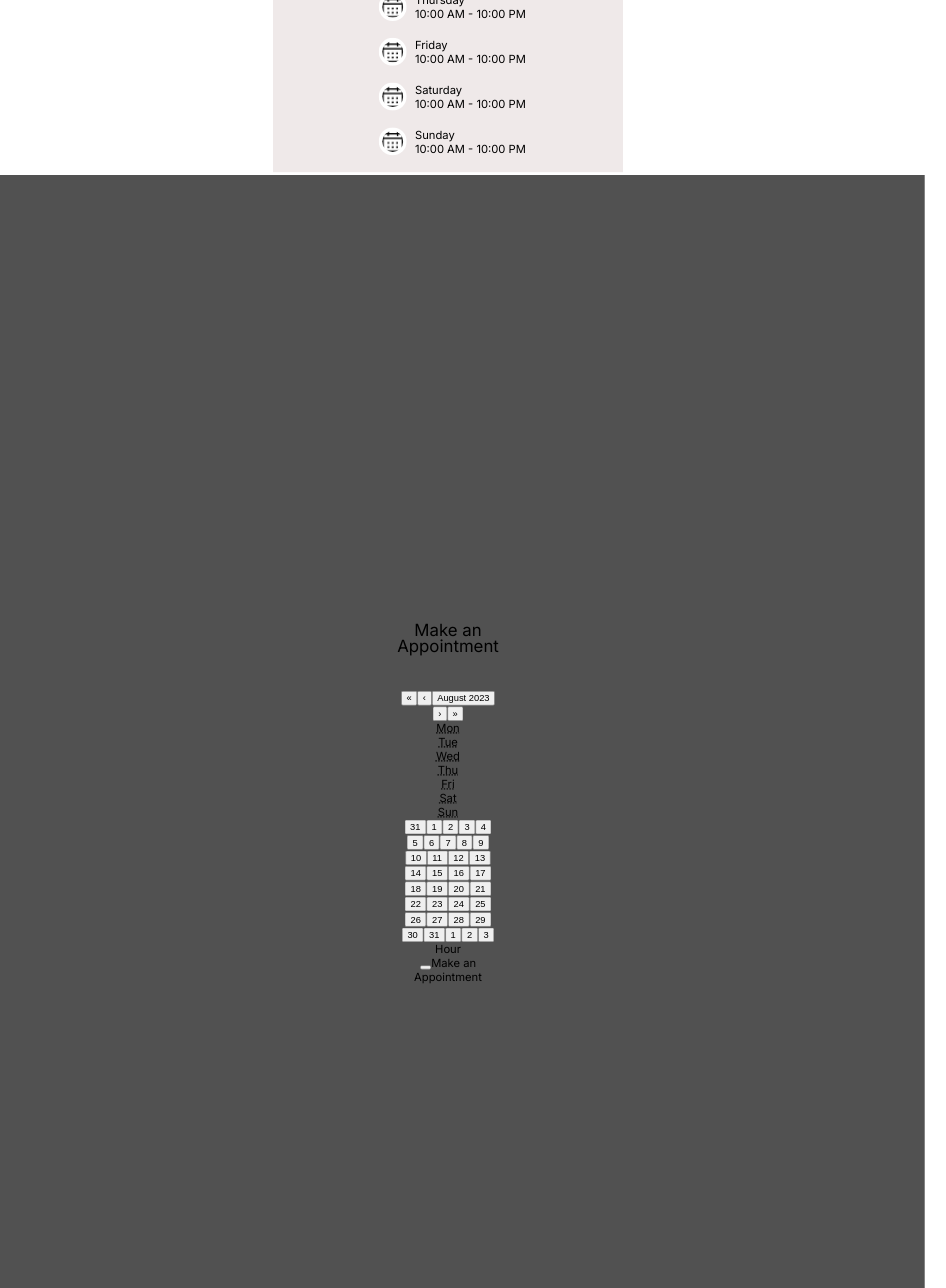
Repository: nikita120402/next13-deploy
Page: /
An editor plug-in stored every save of this project. The page is shown before and after the next save, followed by the edit.
The browser window is 1280 px wide. The page is 1352 px wide, so the pictures cover 1352 px, including what lies to the right of the window. The pictures show the part of the page from y = 2740 to 4580 px (the page is 5118 px tall), at 70% of full size.
The project was rebuilt for these pictures with package versions that can differ from the ones it lists, and the page was loaded fresh each time. The framework's server and built-in components were replaced by stand-ins that run in the browser. Also part of the build but not shown: next.config.js.

Above is the page before, as saved 2023-08-08 03:21:02.

### src/app/globals.css
h1{
      text-align: center;
      color: #181b21;
font-family: Playfair Display;
font-size: 40px;
font-style: normal;
font-weight: 600;
line-height: 100%; /* 40px */
  text-transform: capitalize;
}
p{
      color: #000;
text-align: center;
padding: 10px;
font-family: Poppins;
font-size: 16px;
font-style: normal;
font-weight: 400;
line-height: 120%; /* 24px */
text-transform: capitalize;
}

### src/app/Design.module.css
.image1{
    width: 100%;
    height: 100%;
}

.icon{
    border-radius: 10px;
    background: #222831;
    position: relative;
    border: solid 10px rgb(51, 48, 48);
    margin-left: auto;
    margin-right: auto;
    display: block;
    margin-top: -100px;
    z-index: +1;
}

.call{
    display: flex;
    margin-left:auto;
    border: solid 1px black;
    padding: 20px;
    justify-content:center;
    align-items: center;
}
.call1{
    margin: 0px 50px;
    padding: 10px;

}

.icon1{
    display: flex;
    margin: 10px 15px 15px;
    padding: 20px;
    align-items: center;
    flex-shrink: 0;
    justify-content:center;
}

.heading{
    text-align: center;
    color: #222831;
    font-family: Playfair Display;
    font-size: 40px;
    font-style: normal;
    font-weight: 600;
    line-height: 100%; /* 40px */
    text-transform: capitalize;
}

.icon2{
        text-align: center;
        margin: 0px 15px;
}

.product{
            display: flex;
            padding: 30px 20px;
            justify-content: space-around;
            border-radius: 10px 10px 0px 0px;

}
.product1{
    display: flex;
    text-align: left;
    font-size: 16px;
    margin: 0px;
    justify-content: space-around;

}

.form{
    margin: 10px auto;
    border-style: hidden;
    border-bottom: 3px solid #fff;
    background-color: #ffffff;
    color: #fff;
    width: 50%;
    font-size: 16px;
    padding-bottom: 30px;
    display:flex;
    justify-content:space-between;
    flex-shrink: 0;
    border-radius: 10px;
}

.form1{
    background-color: #ffffff;
    width: 100%;
    padding: 40px;
    margin: 40px auto;
}

.hour{
    display: flex;
    justify-content: center;
    margin: 24px auto;
    text-align: left;
    flex-wrap: wrap;
}

.card{
    display: flex;
    justify-content: center;
    margin: 24px;
    padding: 50%;
    text-align:center;
    flex-wrap: wrap;
}
.arrow1{
    display: flex;
    justify-content: center;
    padding: 5px;
    margin: 0px 0px 50px;
}
.arrow{
    height: 10px auto;
    padding: 10px;
    margin: 0px 10px;
    width: 20px;
    border-radius: 2px;
    border: 1.5px solid #222831;
    background: #FFF;
}
.flexdis{
    display: flex;
    justify-content: center;
    margin: 24px;
    text-align: left;
    flex-wrap: wrap;
}
.businesscard{
    background-color: #efe9e9;
    width: 500px;
    margin: 2px;
    text-align: center;
}
.calicon{
    background-color: #fff;
    border-radius: 50%;
    margin: 0 12px;
    padding: 5px;
}

.subheading{
    position: relative;
    font-size: 24px;
    line-height: 100%;
    margin-top: 30px;
    text-align: center;
    margin-bottom: 50px;
    display: block;
}
.card{
    background-color: #515151;
    width: 300px;
    margin: 2px;
    text-align: center;
}

Loaded but not shown: src/app/layout.tsx (common file); src/app/page.tsx (344 lines, source omitted)

After the next save:
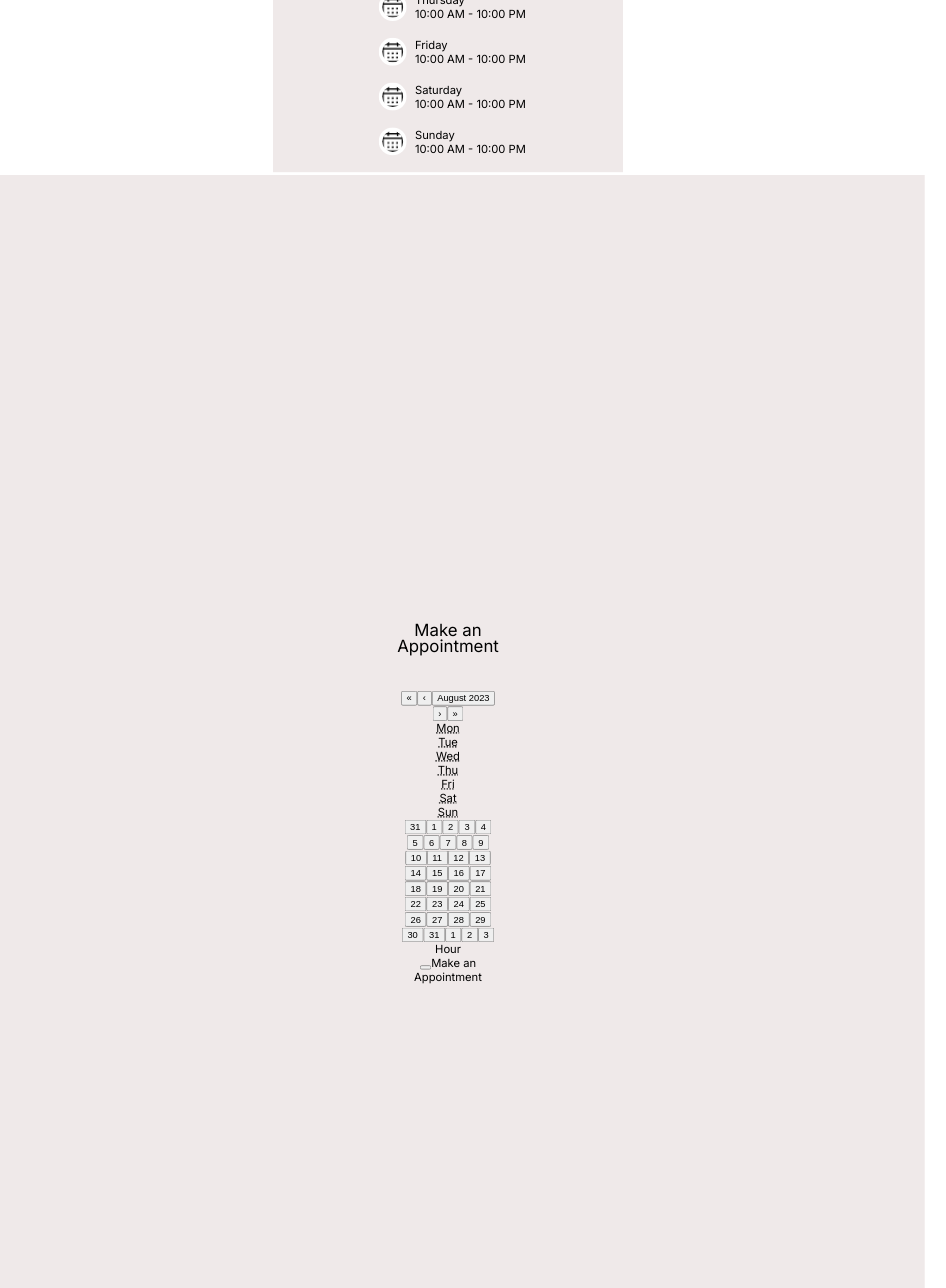
Saved 39 s later.
--- a/src/app/Design.module.css
+++ b/src/app/Design.module.css
@@ -153,8 +153,7 @@
     display: block;
 }
 .card{
-    background-color: #515151;
-    width: 300px;
+    background-color: #efe9e9;
     margin: 2px;
     text-align: center;
 }
